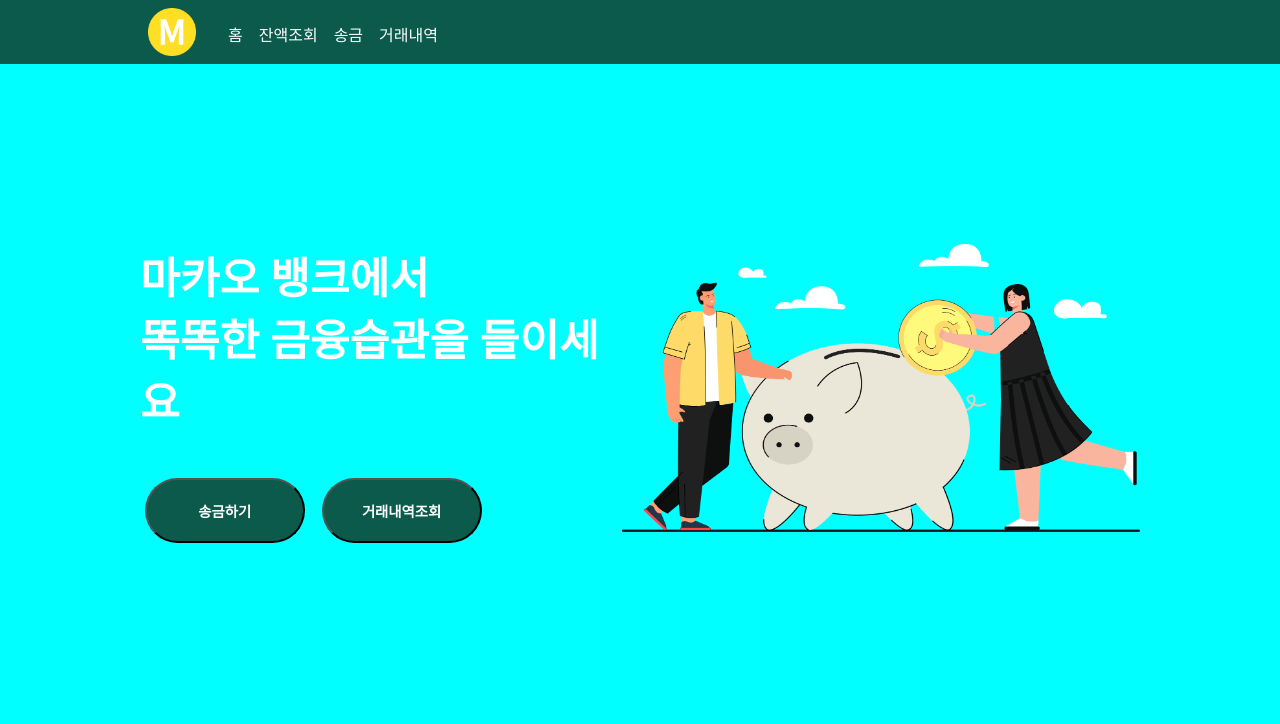
Repository: JiNookk/makaobank
Page: week06/makaoBank/index.html
The author's editor kept a copy of each file at every save. The page is drawn from the files as they stood at one save, then again after the next save.
The browser window is 1280 px wide. The pictures show the whole page.

Above is the page before, as saved 2022-09-13 16:35:23.

After the next save:
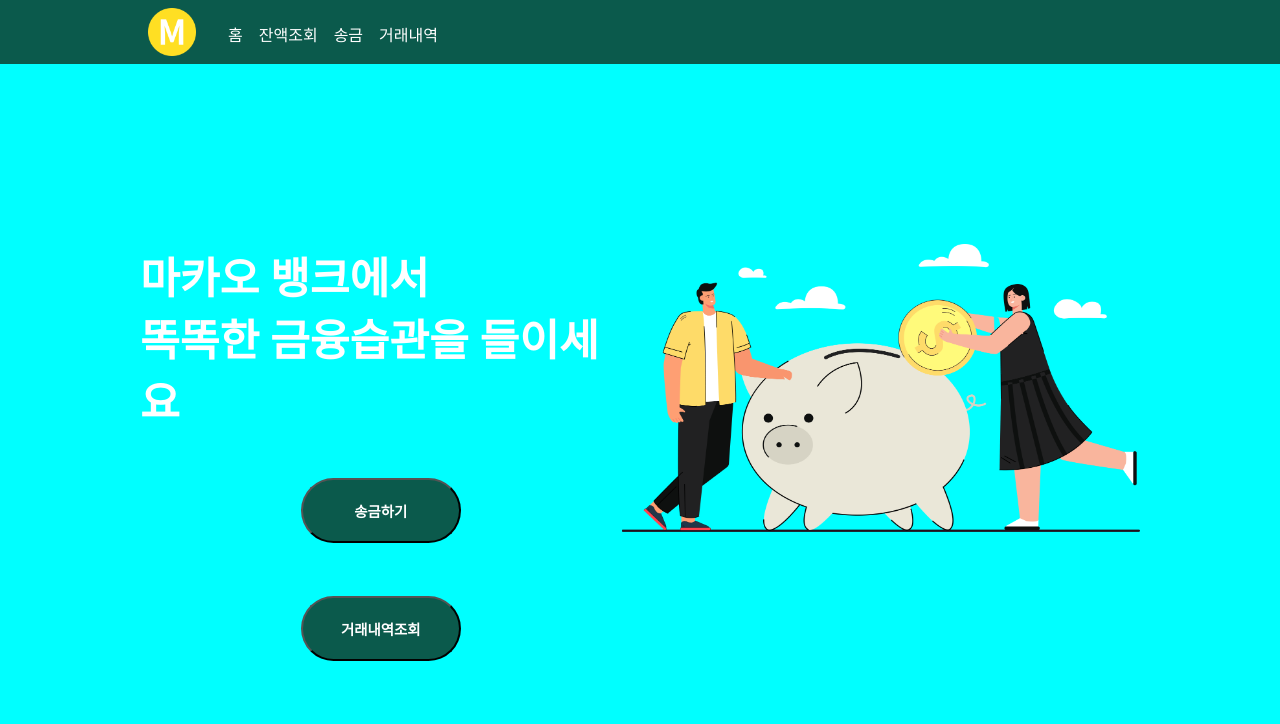
Saved 5 min 19 s later.
--- a/week06/makaoBank/css/elements.css
+++ b/week06/makaoBank/css/elements.css
@@ -27,6 +27,11 @@ a{
 
 #home-description{
     font-size: 1.8rem;
+
+    display: flex;
+    flex-direction: column;
+    align-items: center;
+
     width: 500px;
 }
 
